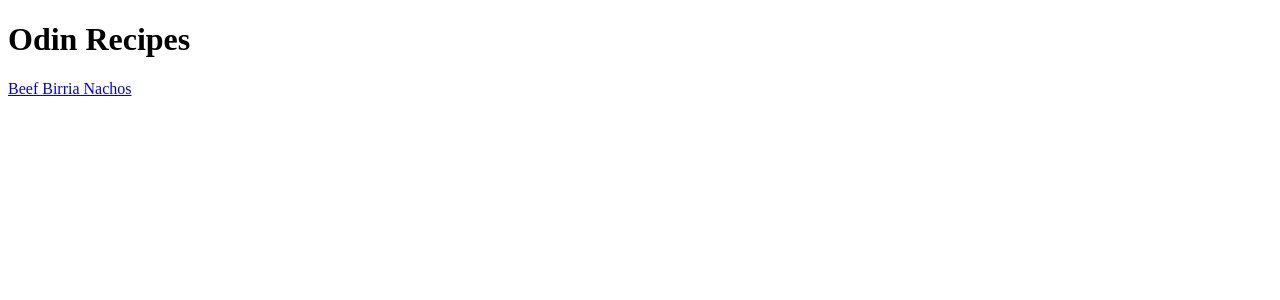
Repository: itsDevAK/odin-recipes
Page: index.html
The author's editor kept a copy of each file at every save. The page is drawn from the files as they stood at one save, then again after a run of saves.
The browser window is 1280 px wide. The pictures show the whole page.

Above is the page before, as saved 2026-09-17 12:47:48.

### index.html
<!DOCTYPE html>
<html lang="en">
<head>
    <meta charset="UTF-8">
    <meta name="viewport" content="width=device-width, initial-scale=1.0">
    <title>Odin Recipes</title>
</head>
<body>
    <h1>Odin Recipes</h1>
    <a href="./recipes/nachos.html">Beef Birria Nachos</a>
</body>
</html>

After the next 5 saves:
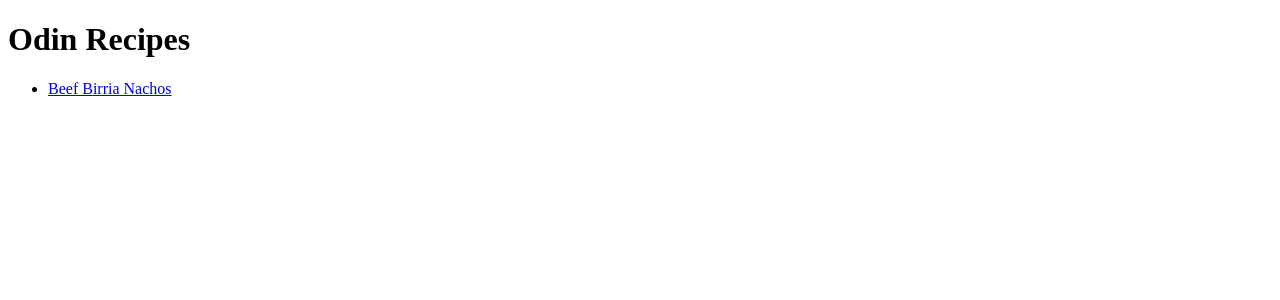
The 5 saves are shown as one change because they came seconds apart.
The last was saved 5 min 49 s later.
--- a/index.html
+++ b/index.html
@@ -7,6 +7,10 @@
 </head>
 <body>
     <h1>Odin Recipes</h1>
-    <a href="./recipes/nachos.html">Beef Birria Nachos</a>
+    <ul>
+        <li>
+            <a href="./recipes/nachos.html">Beef Birria Nachos</a>
+        </li>
+    </ul>
 </body>
 </html>
